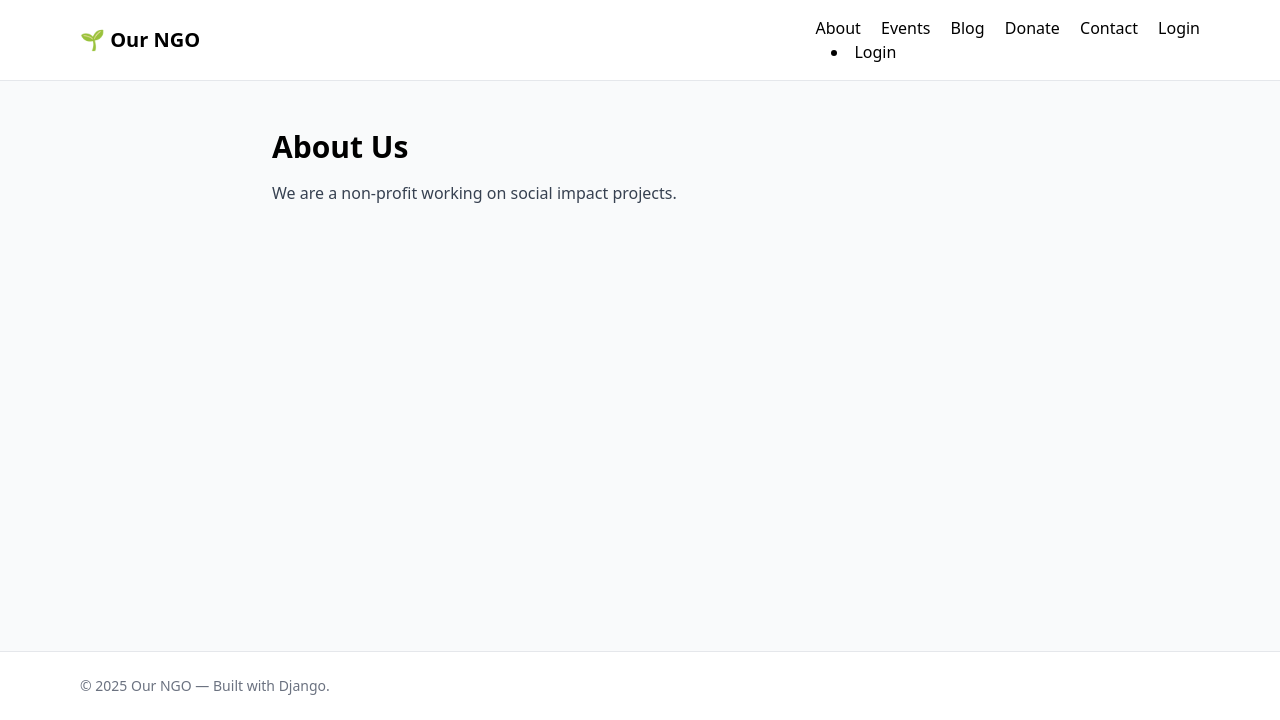
Repository: falak346/OUR-NGO
Page: http://localhost/about/
The author's editor kept a copy of each file at every save. The page is drawn from the files as they stood at one save, then again after the next save.
The browser window is 1280 px wide. The pictures show the whole page.
Some web libraries are served in a nearby version. The page is served by the project's application, run on Django 5.2 (ngo_site/manage.py).

Above is the page before, as saved 2025-11-13 11:02:09.

After the next save:
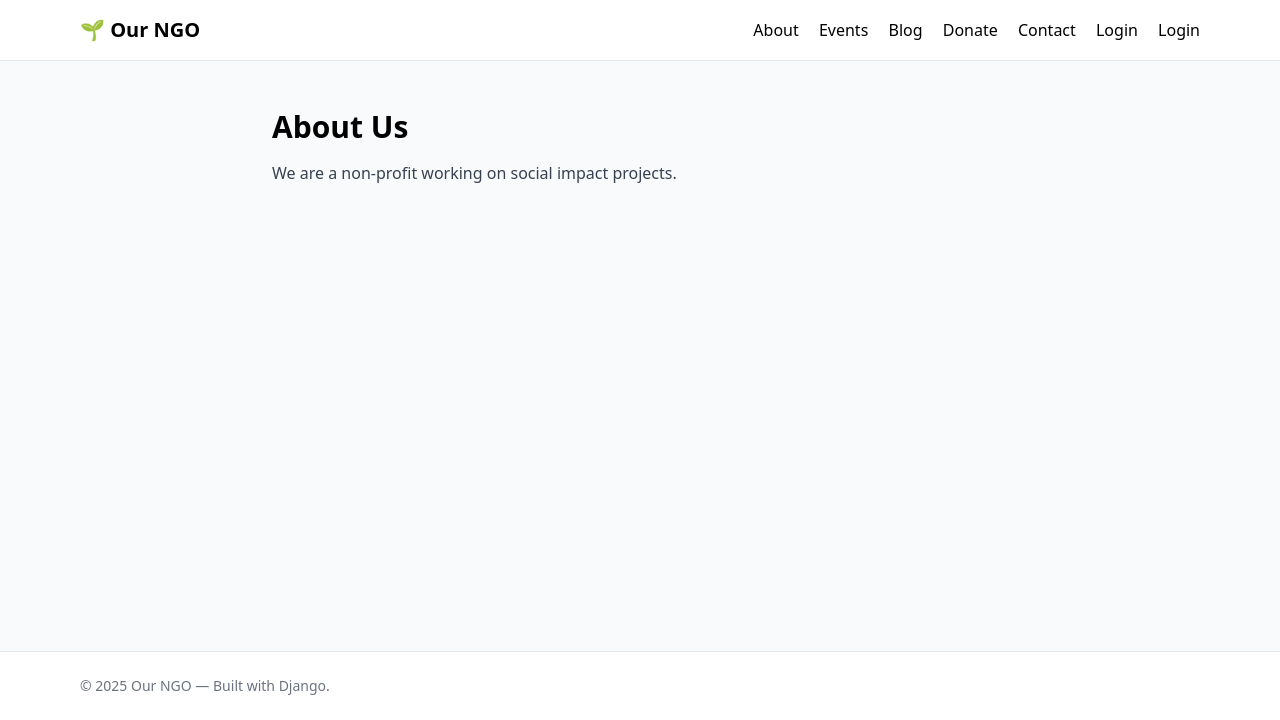
Saved 88 s later.
--- a/ngo_site/ngo_site/templates/base.html
+++ b/ngo_site/ngo_site/templates/base.html
@@ -24,9 +24,9 @@
 
         <!-- 13/11 -->
         {% if user.is_authenticated %}
-          <li><a href="{% url 'logout' %}">Logout</a></li>
+          <a href="{% url 'logout' %}" class="btn btn-outline-danger">Logout</a>
         {% else %}
-          <li><a href="{% url 'login' %}">Login</a></li>
+          <a href="{% url 'login' %}" class="btn btn-outline-primary">Login</a>
         {% endif %}
 
 

After the save that followed:
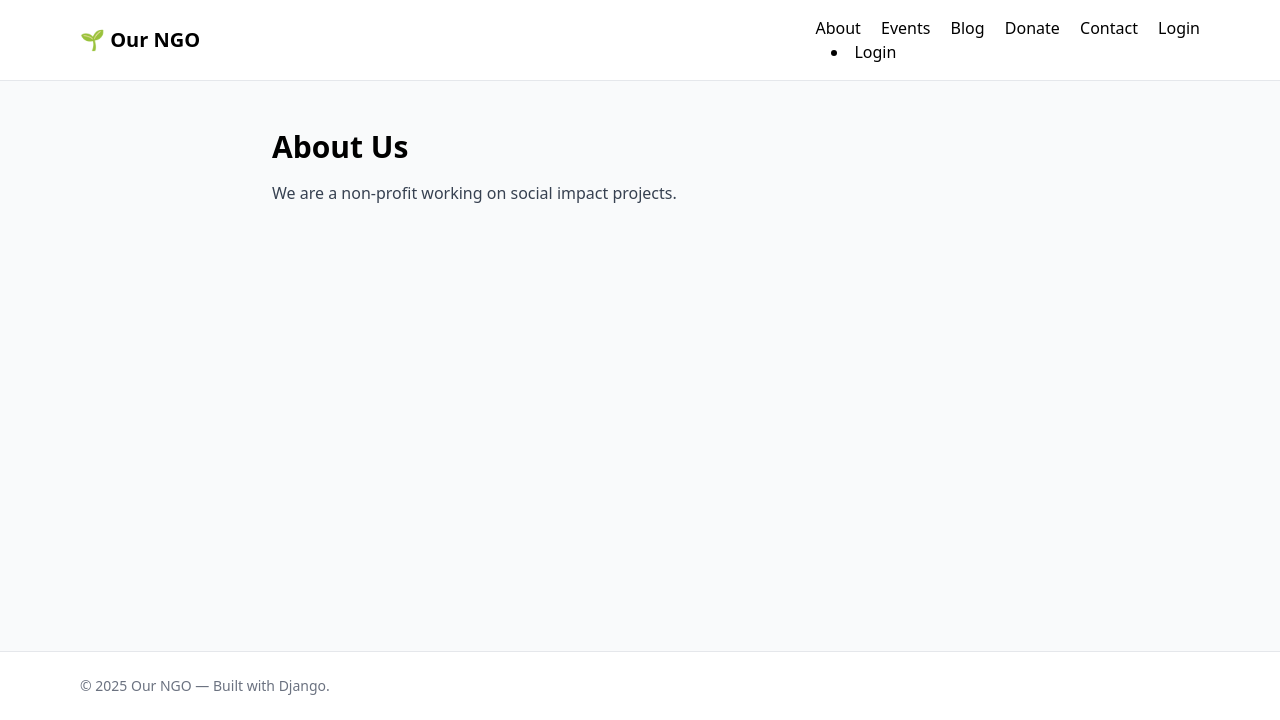
Saved 6 min 57 s later.
--- a/ngo_site/ngo_site/templates/base.html
+++ b/ngo_site/ngo_site/templates/base.html
@@ -18,16 +18,19 @@
         <a class="hover:underline" href="/donate/">Donate</a>
         <a class="hover:underline" href="/contact/">Contact</a>
         <a class="hover:underline" href="/login/">Login</a>
-        {% if request.user.is_authenticated %}
+        <!-- {% if request.user.is_authenticated %}
           <a class="hover:underline" href="/admin/">Admin</a>
+        {% endif %} -->
+
+        <!-- 13/11 -->
+        {% if request.path != '/accounts/login/' %}
+        {% if user.is_authenticated %}
+          <li><a href="{% url 'logout' %}">Logout</a></li>
+        {% else %}
+          <li><a href="{% url 'login' %}">Login</a></li>
+        {% endif %}
         {% endif %}
 
-        <!-- 13/11 -->
-        {% if user.is_authenticated %}
-          <a href="{% url 'logout' %}" class="btn btn-outline-danger">Logout</a>
-        {% else %}
-          <a href="{% url 'login' %}" class="btn btn-outline-primary">Login</a>
-        {% endif %}
 
 
       </nav>
